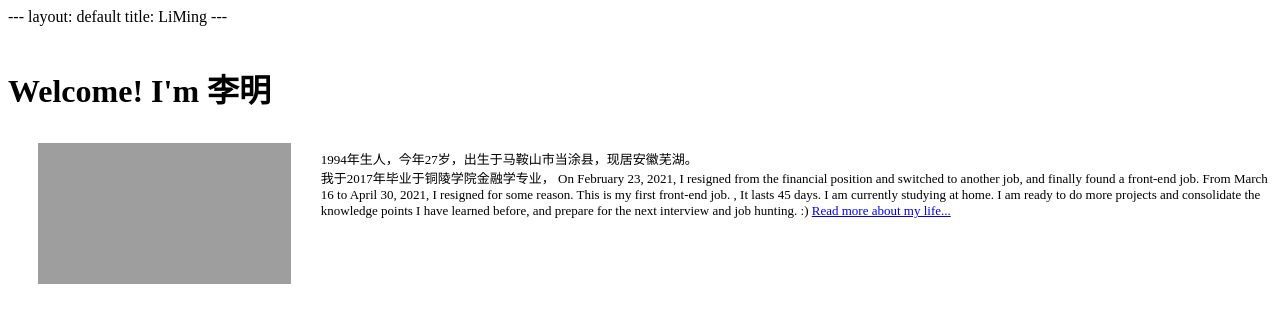
Repository: lm101845/lm101845.github.io
Page: index.html
An editor plug-in stored every save of this project. The page is shown before and after the next save, followed by the edit.
The browser window is 1280 px wide. The pictures show the whole page.
Pictures or frames that could not be fetched are drawn as grey boxes.

Above is the page before, as saved 2021-08-07 16:34:12.

After the next save:
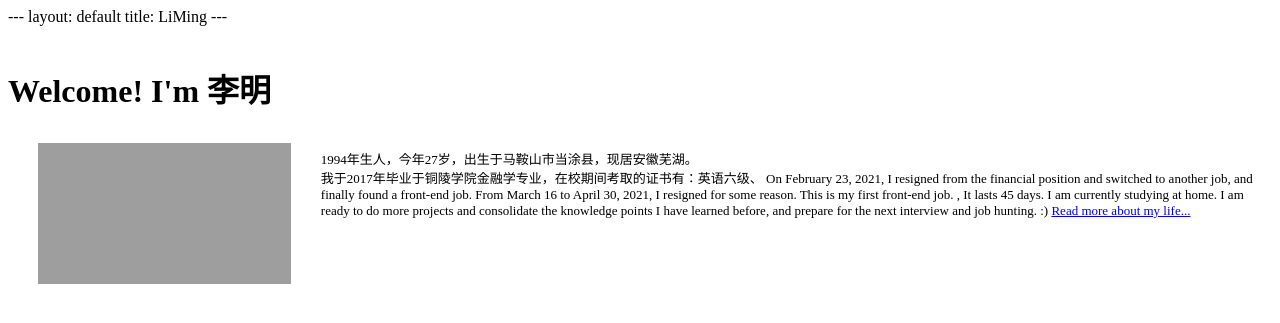
Saved 71 s later.
--- a/index.html
+++ b/index.html
@@ -1,7 +1,7 @@
 <!--
  * @Author: liming
  * @Date: 2021-08-07 15:46:06
- * @LastEditTime: 2021-08-07 16:34:12
+ * @LastEditTime: 2021-08-07 16:35:23
  * @FilePath: \lm101845.github.io\index.html
 -->
 --- layout: default title: LiMing ---
@@ -20,7 +20,7 @@
         vspace="10"
       />
       <br />1994年生人，今年27岁，出生于马鞍山市当涂县，现居安徽芜湖。
-      <br>我于2017年毕业于铜陵学院金融学专业，
+      <br>我于2017年毕业于铜陵学院金融学专业，在校期间考取的证书有：英语六级、
 
       <!-- 		I'm passionate about vision-based robotics. -->
       On February 23, 2021, I resigned from the financial position and switched
